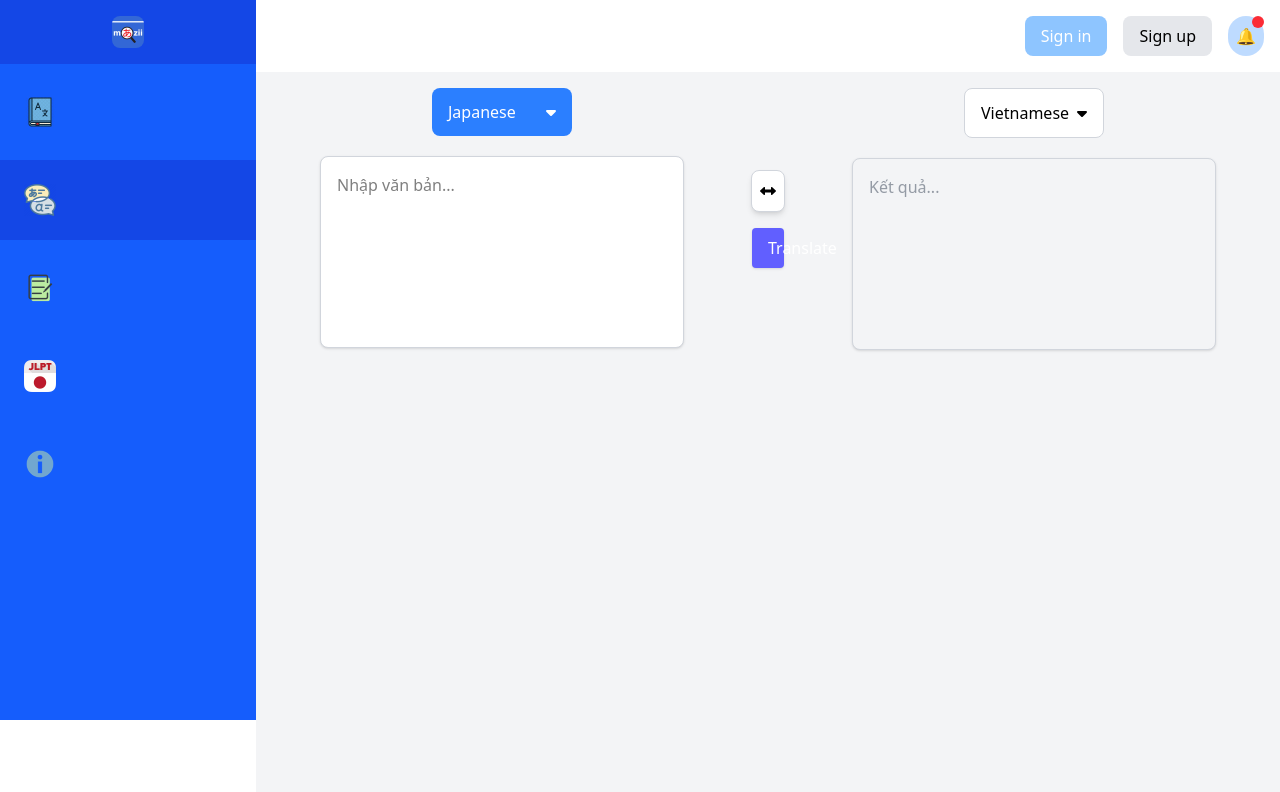
Repository: reminzuetto/JapaneseTranslationApp
Page: /translate
These files come from the project's save history. The page is drawn as it stood at one moment and after the next save; the edit follows.
The browser window is 1280 px wide. The pictures show the whole page.
The page's requests for data from a server got no answer. The project was rebuilt for these pictures with package versions that can differ from the ones it lists, and the page was loaded fresh each time. No one was signed in, and anything a server would have sent is missing. Also part of the build but not shown: vite.config.js, src/components/Header/NotificationItem.jsx, src/components/SeachBar/DropDownButton.jsx, src/components/SeachBar/SearchInput.jsx, src/components/SeachBar/SearchBar.jsx, src/pages/Home.jsx, src/Firebase.jsx, src/pages/SignInForm.jsx and 5 more.

Above is the page before, as saved 2025-03-18 00:10:30.

After the next save:
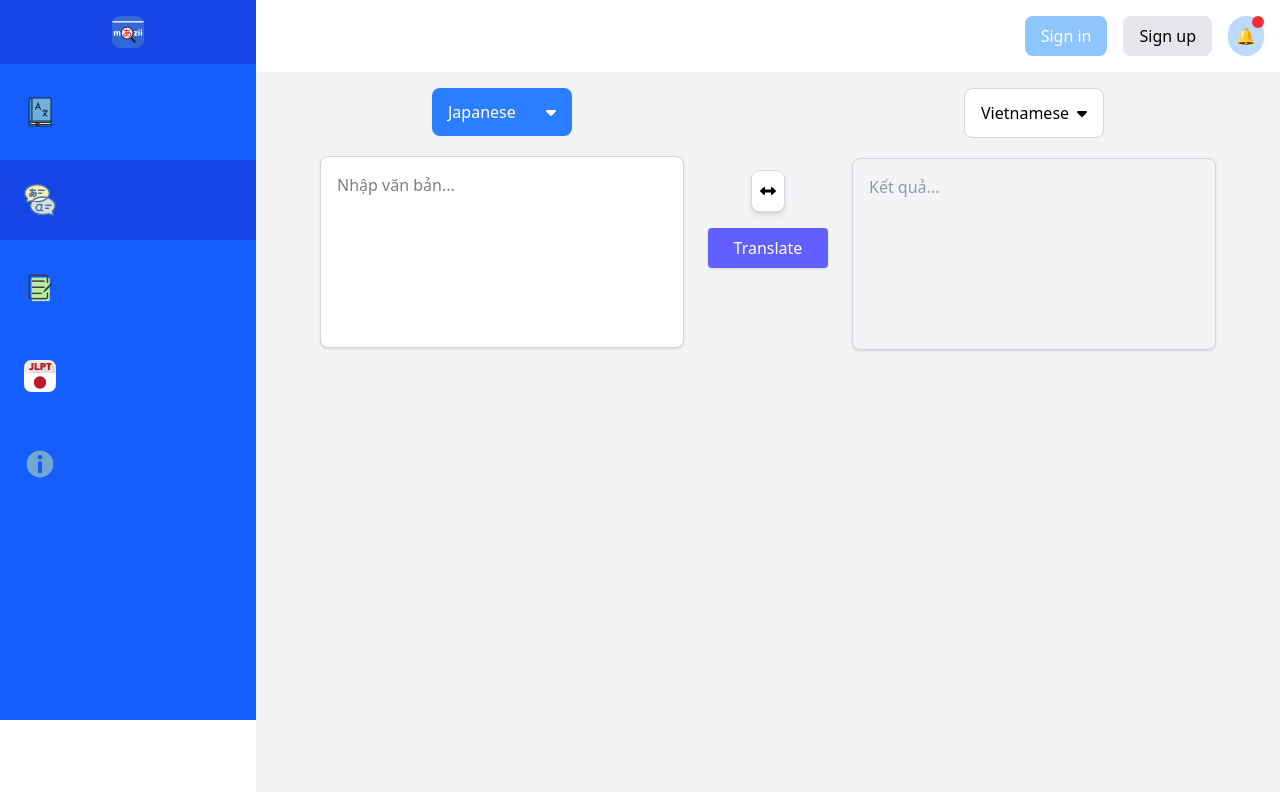
Saved 8 s later.
--- a/src/pages/TranslatePage.jsx
+++ b/src/pages/TranslatePage.jsx
@@ -66,7 +66,7 @@ const TranslatePage = () => {
 
           <button
             onClick={handleTranslate}
-            className="px-4 py-2 w-3 bg-indigo-500 text-white rounded shadow hover:bg-indigo-600"
+            className="px-4 py-2 w-[120px] bg-indigo-500 text-white rounded shadow hover:bg-indigo-600"
           >
             Translate
           </button>
